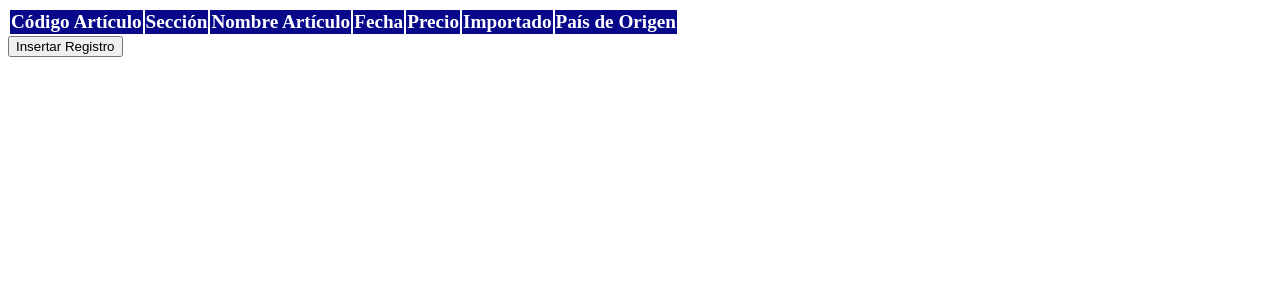
Repository: FernandoJFernandez/Curso-java-2022
Page: http://localhost/Web_de_Productos/ControladorProductos
An editor plug-in stored every save of this project. The page is shown before and after the next save, followed by the edit.
The browser window is 1280 px wide. The pictures show the whole page.
The page is served by Tomcat 9. Queries for data that is not in the repository find no rows.

Above is the page before, as saved 2023-04-24 22:54:22.

After the next save:
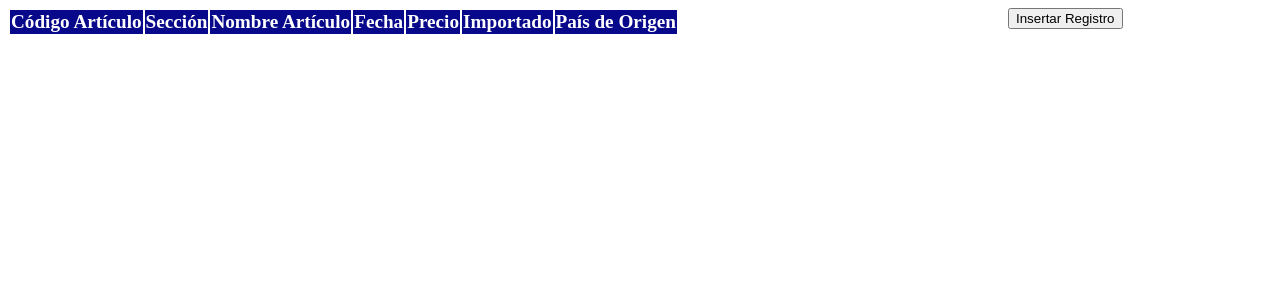
Saved 60 s later.
--- a/Web_de_Productos/src/main/webapp/ListaProductos.jsp
+++ b/Web_de_Productos/src/main/webapp/ListaProductos.jsp
@@ -17,6 +17,12 @@
 		.filas{
 			text-align: center;
 			background-color: #5882FA;
+		}
+		table{
+			float: left;
+		}
+		#contenedorBoton{
+			margin-left: 1000px;
 		}
 	</style>
 </head>
